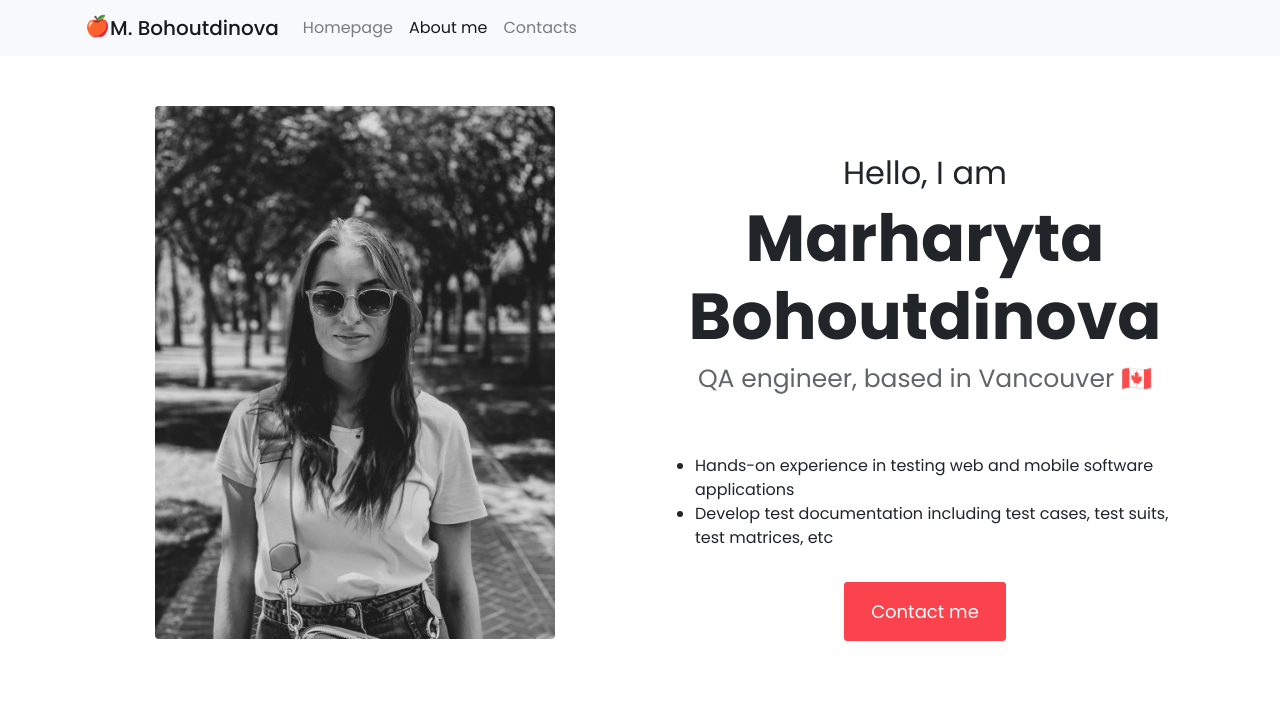
Repository: Bohoutdinova/Portfolio_week-4
Page: about.html
An editor plug-in stored every save of this project. The page is shown before and after the next save, followed by the edit.
The browser window is 1280 px wide. The pictures show the whole page.

Above is the page before, as saved 2022-08-12 15:42:36.

### about.html
<!DOCTYPE html>
<html lang="en">
  <meta charset="UTF-8" />
  <meta http-equiv="X-UA-Compatible" content="IE=edge" />
  <meta name="viewport" content="width=device-width, initial-scale=1.0" />
  <title>M. Bohoutdinova - QA engineer</title>
  <meta
    name="description"
    content="About M. Bohoutdinova - QA engineer, situated in Vancouver"
  />
  <link
    rel="stylesheet"
    href="https://cdn.jsdelivr.net/npm/bootstrap@4.3.1/dist/css/bootstrap.min.css"
    integrity="sha384-ggOyR0iXCbMQv3Xipma34MD+dH/1fQ784/j6cY/iJTQUOhcWr7x9JvoRxT2MZw1T"
    crossorigin="anonymous"
  />
  <script
    src="https://code.jquery.com/jquery-3.3.1.slim.min.js"
    integrity="sha384-q8i/X+965DzO0rT7abK41JStQIAqVgRVzpbzo5smXKp4YfRvH+8abtTE1Pi6jizo"
    crossorigin="anonymous"
  ></script>
  <script
    src="https://cdn.jsdelivr.net/npm/popper.js@1.14.7/dist/umd/popper.min.js"
    integrity="sha384-UO2eT0CpHqdSJQ6hJty5KVphtPhzWj9WO1clHTMGa3JDZwrnQq4sF86dIHNDz0W1"
    crossorigin="anonymous"
  ></script>
  <script
    src="https://cdn.jsdelivr.net/npm/bootstrap@4.3.1/dist/js/bootstrap.min.js"
    integrity="sha384-JjSmVgyd0p3pXB1rRibZUAYoIIy6OrQ6VrjIEaFf/nJGzIxFDsf4x0xIM+B07jRM"
    crossorigin="anonymous"
  ></script>
  <link rel="stylesheet" href="/src/style.css" />
  <link rel="preconnect" href="https://fonts.googleapis.com" />
  <link rel="preconnect" href="https://fonts.gstatic.com" crossorigin />
  <link rel="preconnect" href="https://fonts.googleapis.com" />
  <link rel="preconnect" href="https://fonts.gstatic.com" crossorigin />
  <link
    href="https://fonts.googleapis.com/css2?family=Abril+Fatface&family=Poppins:wght@100;400;500;700&display=swap"
    rel="stylesheet"
  />
  <body>
    <nav class="navbar navbar-expand-lg navbar-light bg-light">
      <div class="container">
        <a class="navbar-brand" href="/index.html" title="Homepage"
          >M. Bohoutdinova</a
        >
        <button
          class="navbar-toggler"
          type="button"
          data-toggle="collapse"
          data-target="#navbarNav"
          aria-controls="navbarNav"
          aria-expanded="false"
          aria-label="Toggle navigation"
        >
          <span class="navbar-toggler-icon"></span>
        </button>
        <div class="collapse navbar-collapse" id="navbarNav">
          <ul class="navbar-nav">
            <li class="nav-item">
              <a class="nav-link" href="/index.html" title="Homepage"
                >Homepage <span class="sr-only">(current)</span></a
              >
            </li>
            <li class="nav-item active">
              <a
                class="nav-link"
                href="/about.html"
                title="About M. Bohoutdinova"
                >About me</a
              >
            </li>
            <li class="nav-item">
              <a class="nav-link" href="#" title="Contact with M. Bohoutdinova"
                >Contacts</a
              >
            </li>
          </ul>
        </div>
      </div>
    </nav>
    <div class="container mt-5">
      <div class="row">
        <div class="col d-none d-lg-block">
          <img
            src="/images/photo.jpg"
            alt="My photo"
            width="400"
            class="img-fluid rounded"
          />
        </div>
        <div class="col hero-page mt-5">
          <h2>Hello, I am</h2>
          <h1 class="name">Marharyta Bohoutdinova</h1>
          <h3>QA engineer, based in Vancouver 🇨🇦</h3>
          <ul class="about-description mb-5">
            <li>
              Hands-on experience in testing web and mobile software
              applications
            </li>
            <li>
              Develop test documentation including test cases, test suits, test
              matrices, etc
            </li>
          </ul>
          <a href="#" class="contact-me rounded" title="Contact me"
            >Contact me</a
          >
        </div>
      </div>
    </div>
  </body>
</html>

### src/style.css
:root {
  --main-family-font: "Poppins", sans-serif;
  --main-color: #fa434c;
}
body {
  font-family: var(--main-family-font);
}

.navbar-brand {
  position: relative;
  padding-left: 25px;
  font-weight: 500;
}

.navbar-brand:before {
  position: absolute;
  content: "🍎";
  left: 0;
  top: 3px;
}

.navbar-brand:hover:before {
  content: "🍏";
}
.hero-page {
  text-align: center;
}

h2 {
  font-weight: 400;
}
h1 {
  font-weight: 700;
  font-size: 65px;
}
h3 {
  font-size: 25px;
  font-weight: 400;
  opacity: 70%;
}
.hero-page h3 {
  margin-bottom: 60px;
}
img {
  display: block;
  margin: 0 auto;
  text-align: center;
}
.col-sm-6 {
  padding: 0;
}
.contact-me {
  padding: 15px 25px;
  background-color: var(--main-color);
  color: white;
  font-size: 18px;
  border: 2px solid var(--main-color);
}
.contact-me:hover {
  color: var(--main-color);
  background-color: white;
  border-color: var(--main-color);
  text-decoration: none;
}
.about-app {
  text-align: center;
}
.app-name {
  font-size: 35px;
  font-weight: 700;
}
.app {
  background-color: rgb(255, 216, 216, 30%);
}
.app-description {
  padding: 15px 25px;
  margin: 30px;
  text-align: center;
}
.app-description-p {
  margin-top: 30px;
  margin-bottom: 50px;
}
.app-link {
  color: var(--main-color);
  padding: 15px 25px;
  font-size: 18px;
  border: 2px solid rgb(255, 216, 216);
}
.app-link:hover {
  text-decoration: none;
  color: black;
}
.row {
  margin-top: 50px;
}
.about-description {
  text-align: left;
}
@media (max-width: 900px) {
  h1 {
    font-size: 45px;
  }
  h3 {
    font-size: 20px;
  }
  .row {
    margin-top: 0;
  }
}

After the next save:
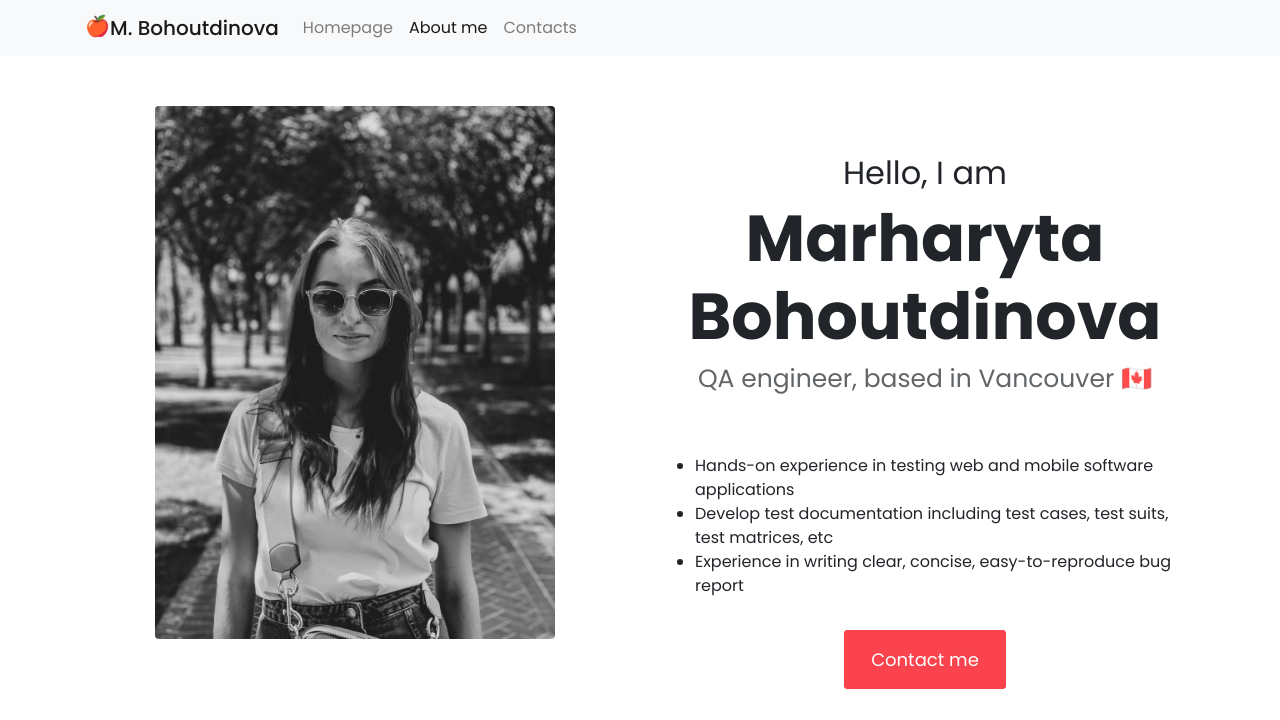
Saved 12 s later.
--- a/about.html
+++ b/about.html
@@ -102,6 +102,9 @@
               Develop test documentation including test cases, test suits, test
               matrices, etc
             </li>
+            <li>
+              Experience in writing clear, concise, easy-to-reproduce bug report
+            </li>
           </ul>
           <a href="#" class="contact-me rounded" title="Contact me"
             >Contact me</a
